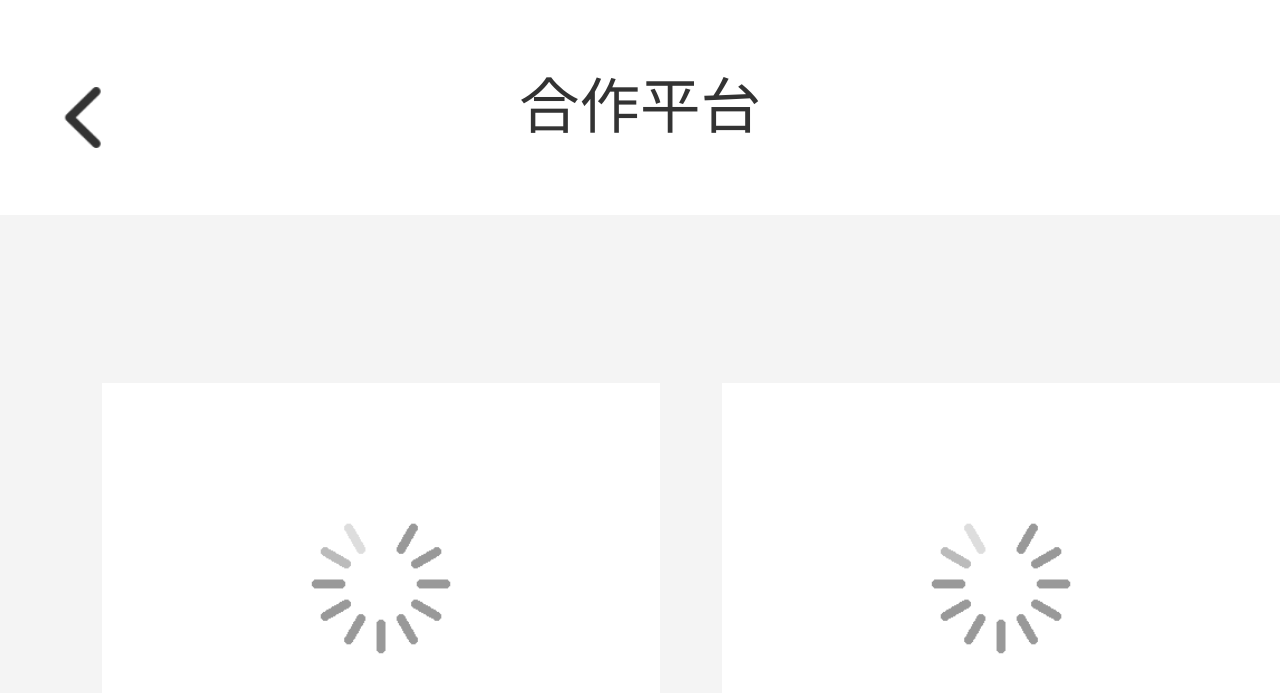
Repository: GgoodBoy/js-object
Page: jquery懒加载/platObj/platForm.html
These files come from the project's save history. The page is drawn as it stood at one moment and after the next save; the edit follows.
The browser window is 1280 px wide. The pictures show the whole page.
An inner scrolling area shows only its first screen. Some web libraries are served in a nearby version.

Above is the page before, as saved 2019-10-15 15:42:35.

After the next save:
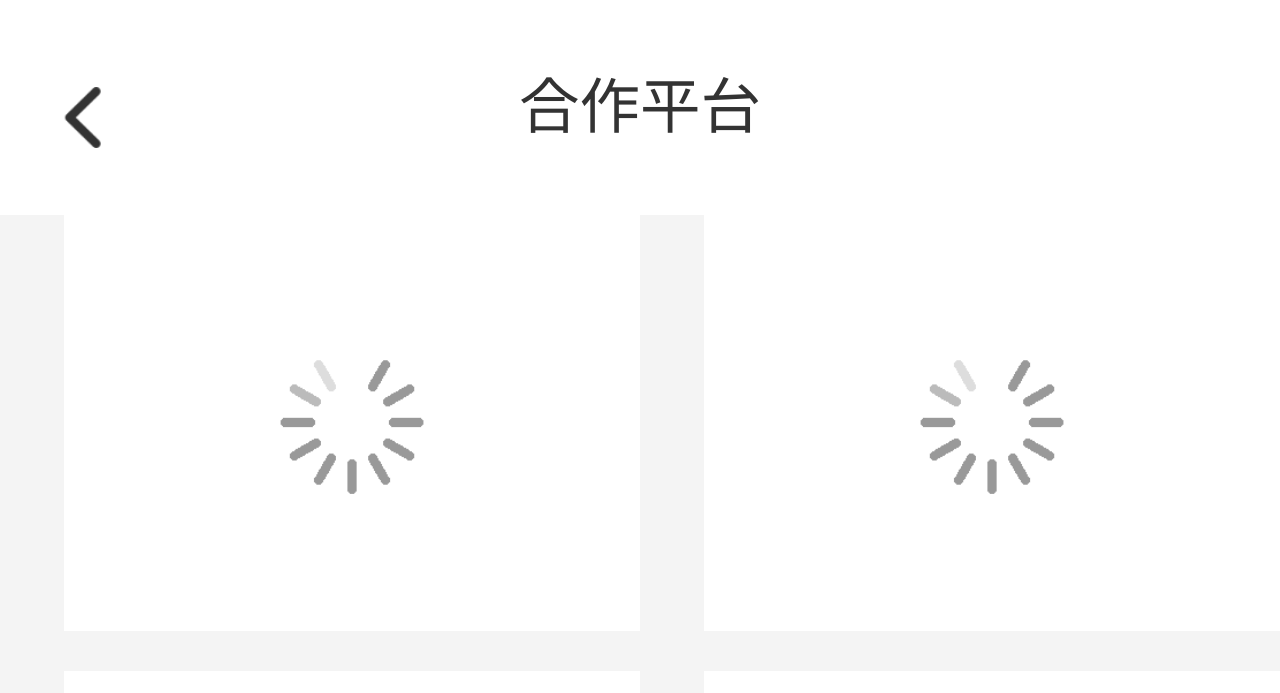
Saved 41 s later.
--- a/jquery懒加载/platObj/platForm.html
+++ b/jquery懒加载/platObj/platForm.html
@@ -99,7 +99,9 @@
 #platFormId .platList ul{
     zoom: 1;
     overflow: inherit;
-    list-style: none;
+    margin: 0;
+    padding: 0;
+    box-sizing: border-box
 }
 #platFormId .platList ul li{
     float: left;
